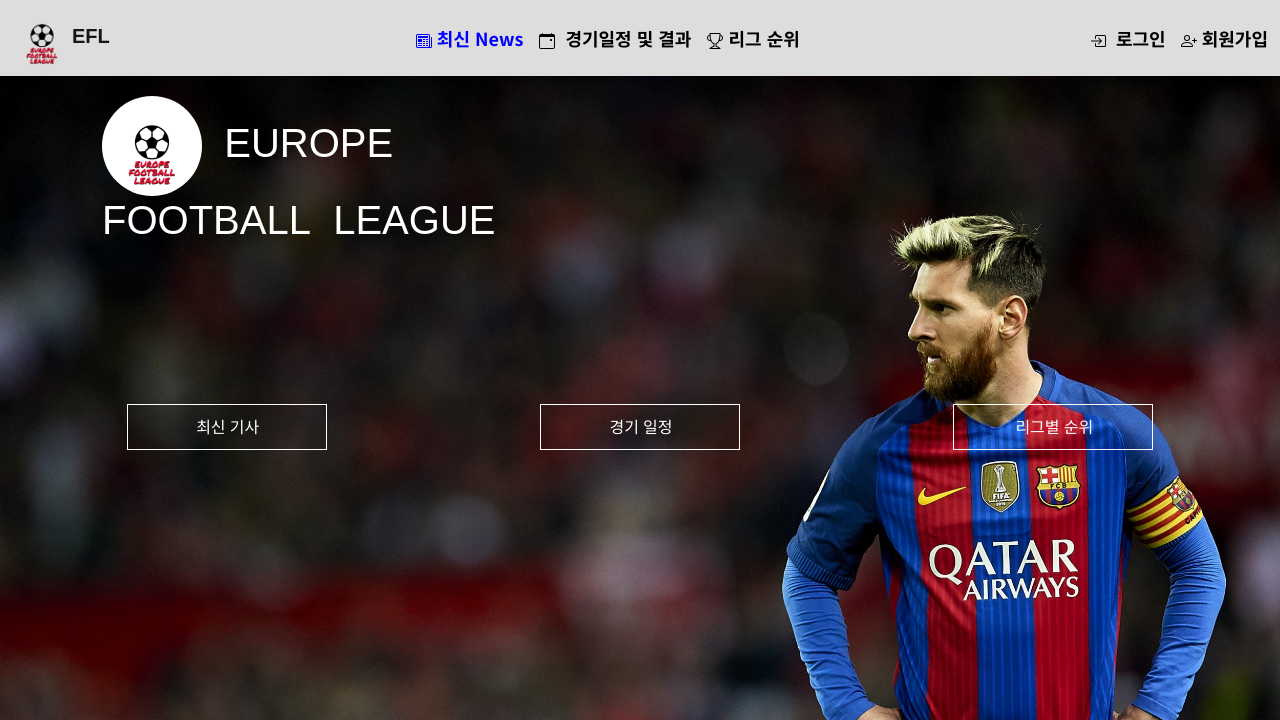
Repository: kylekimkim/uefa_project
Page: http://localhost/index
An editor plug-in stored every save of this project. The page is shown before and after the next save, followed by the edit.
The browser window is 1280 px wide. The pictures show the whole page.
The pointer rests on the first visible `#navItem`.
Some web fonts or font styles are not loaded; a fallback is used. The page is this project's Thymeleaf template; nobody is signed in. The template is opened directly, without the code that normally fills it, so the values that code supplies are empty.

Above is the page before, as saved 2022-07-22 08:28:58.

After the next save:
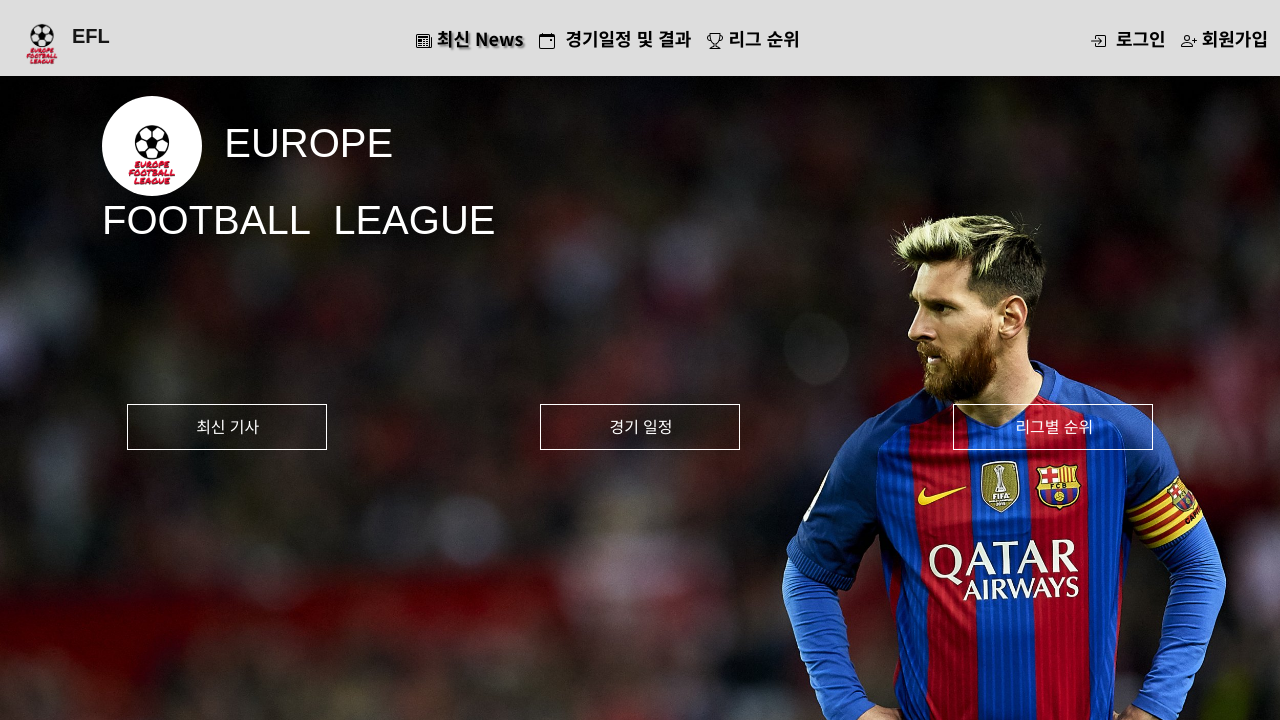
Saved 60 s later.
--- a/uefa_project/src/main/resources/templates/header_nav.html
+++ b/uefa_project/src/main/resources/templates/header_nav.html
@@ -22,7 +22,7 @@
 		color:black;
 	}
 	#navItem:hover{
-		color:blue;
+		text-shadow: 2px 2px 2px gray;
 		font-size:large;
 	}
 	nav{
